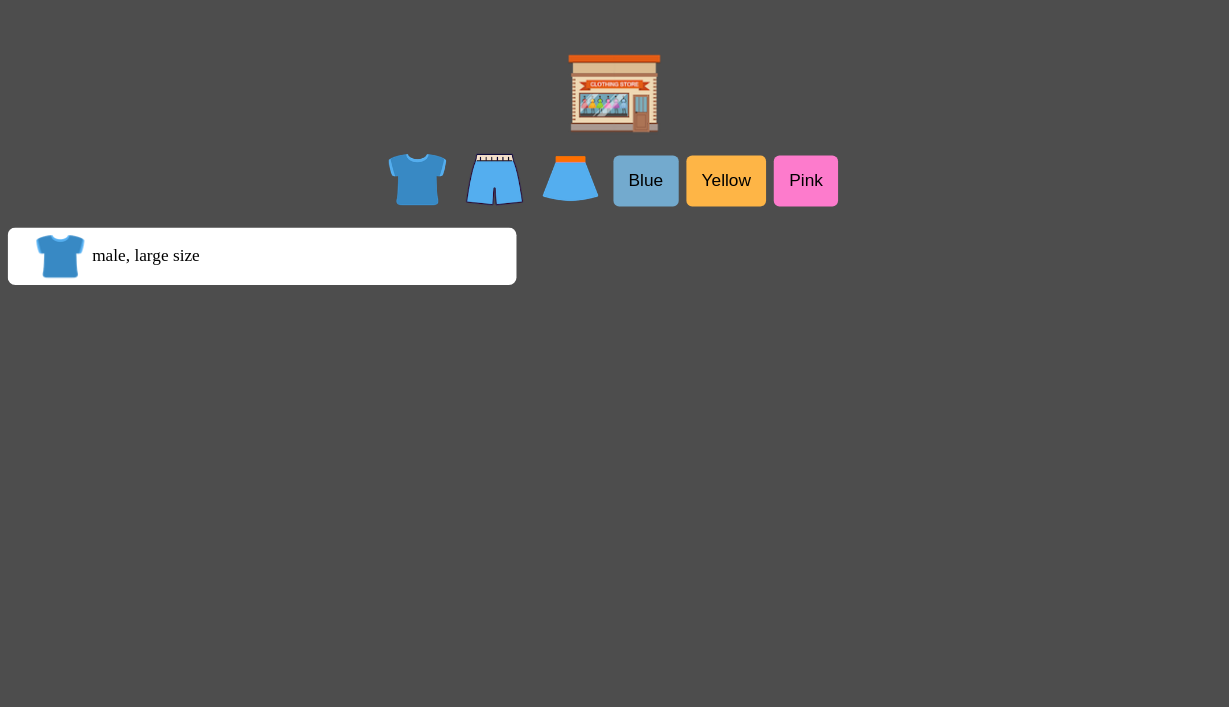
Repository: keehoonjung/Shoppingmall-Game
Page: index.html
An editor plug-in stored every save of this project. The page is shown before and after the next save, followed by the edit.
The browser window is 1280 px wide. The pictures show the whole page, at 96% of full size.

Above is the page before, as saved 2021-08-12 19:44:56.
Console error: TypeError: Cannot read properties of null (reading 'addEventListener')

### index.html
<!DOCTYPE html>
<html lang="en">
<head>
    <meta charset="UTF-8">
    <meta http-equiv="X-UA-Compatible" content="IE=edge">
    <meta name="viewport" content="width=device-width, initial-scale=1.0">
    <title>Shoppingamll Game</title>
    <link rel="stylesheet" href="style.css">
    <script src="main.js" defer></script>
</head>
<body>
    <header class="header">
        <img src="./imgs/logo.png" alt="header" class="header__logo">
    </header>
    <section class="buttons">
        <button class="button">
            <img src="./imgs/blue_t.png" alt="shirt" class="imgBtn">
        </button>
        <button class="button">
            <img src="./imgs/blue_p.png" alt="pants" class="imgBtn">
        </button>
        <button class="button">
            <img src="./imgs/blue_s.png" alt="" class="imgBtn">
        </button>
        <button class="button colorBtn blue">
            Blue
        </button>
        <button class="button colorBtn yellow">
            Yellow
        </button>
        <button class="button colorBtn pink">
            Pink
        </button>
    </section>
    <ul class="items">
        <li class="item" data-type="shirt" data-color="blue">
            <img src="./imgs/blue_t.png" alt="blueshirt" class="item__thumbnail">
            <span class="item__description">male, large size</span>
        </li>
    </ul>
</body>
</html>

### style.css
:root {
  /* color */
  --color-white: #ffffff;
  --color-dark-grey: #4d4d4d;
  --color-blue: #73aace;
  --color-orange: #feb546;
  --color-pink: #fd7bcc;

  /* size */
  --size-button: 60px;
  --size-thumbnail: 50px;

  /* fontsize */
  --font-size: 18px;

  /* animatione */
  --animation-duration: 300ms;

  /* basic space */
  --basic-space: 8px;

  /* border */
  --border-size: 6px;
}

body {
  background-color: var(--color-dark-grey);
  display: flex;
  flex-direction: column;
  justify-content: center;
  text-align: center;
  height: 100vh;
}

.header__logo {
  cursor: pointer;
  transition: transform var(--animation-duration) ease-in;
}

.buttons {
  display: flex;
  align-items: center;
  justify-content: center;
}

.button {
  outline: none;
  border: none;
  background-color: transparent;
  margin-right: var(--basic-space);
  border-radius: var(--border-size);
  cursor: pointer;
  transition: transform var(--animation-duration) ease-in;
}

.header__logo:hover,
.button:hover {
  transform: scale(1.1);
}

.imgBtn {
  width: var(--size-button);
}

.colorBtn {
  font-size: var(--font-size);
  padding: calc(var(--basic-space) * 2);
}

.blue {
  background-color: var(--color-blue);
}

.yellow {
  background-color: var(--color-orange);
}

.pink {
  background-color: var(--color-pink);
}

.items {
  overflow-y: auto;
  width: 60%;
  height: 60%;
  padding-left: 0;
  list-style: none;
}

.item {
  background-color: var(--color-white);
  margin-bottom: 12px;
  width: 500px;
  height: 60px;
  border-radius: 8px;
  display: flex;
  align-items: center;
  padding-left: 30px;
}

.item__thumbnail {
  width: var(--size-thumbnail);
  height: var(--size-thumbnail);
}

.item__description {
  margin-left: var(--basic-space);
  font-size: var(--font-size);
}

### main.js
"use strict";

const navi = document.querySelector(".filter");
const itemList = document.querySelector(".items");
const allItem = Array.from(document.querySelectorAll(".item"));
const headerLogo = document.querySelector(".header__logo");

headerLogo.addEventListener("click", () => {
  createAll();
});

navi.addEventListener("click", (evnet) => {
  const tag = event.target.tagName;
  const targetName = event.target.classList.value;
  if (tag == "IMG") {
    const items = allItem.filter((item) => item.dataset.type == targetName);
    deleteAll();
    items.forEach((item) => {
      item.classList.add("visible");
    });
  } else if (tag == "BUTTON") {
    const items = allItem.filter((item) => item.dataset.color == targetName);
    deleteAll();
    items.forEach((item) => {
      item.classList.add("visible");
    });
  }
});

function deleteAll() {
  allItem.forEach((item) => {
    item.classList.remove("visible");
  });
}

function createAll() {
  allItem.forEach((item) => {
    item.classList.add("visible");
  });
}

After the next save:
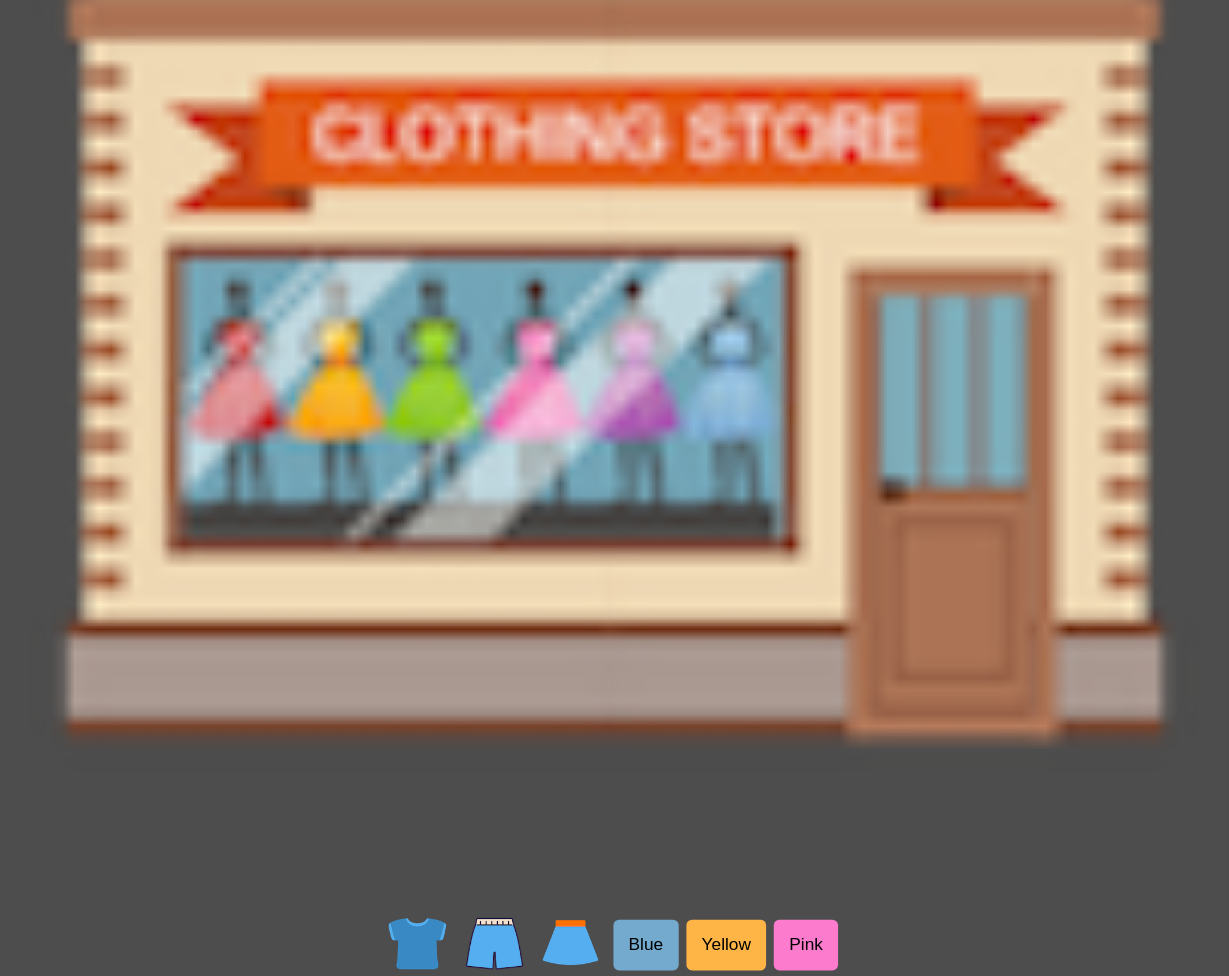
Saved 2 min 32 s later.
--- a/index.html
+++ b/index.html
@@ -9,9 +9,8 @@
     <script src="main.js" defer></script>
 </head>
 <body>
-    <header class="header">
-        <img src="./imgs/logo.png" alt="header" class="header__logo">
-    </header>
+    <!-- Logo -->
+    <img src="./imgs/logo.png" alt="header" class="logo">
     <section class="buttons">
         <button class="button">
             <img src="./imgs/blue_t.png" alt="shirt" class="imgBtn">
